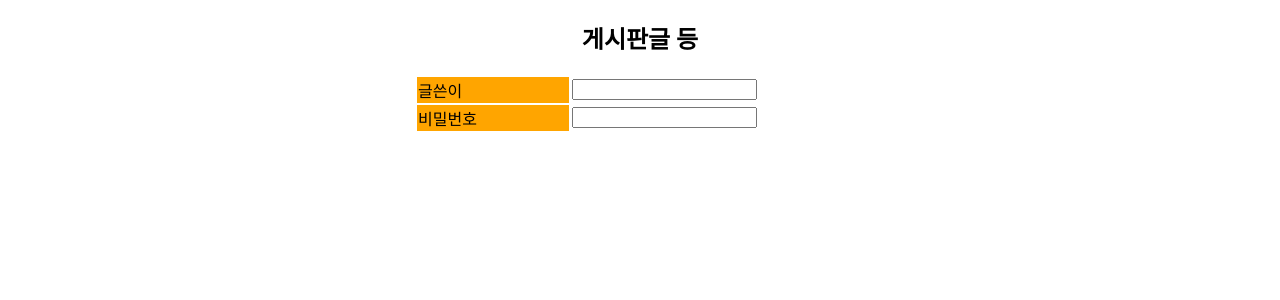
Repository: ReadStar/Jsp_MVC
Page: http://localhost/MVC_Board/board/qna_board_write.jsp
An editor plug-in stored every save of this project. The page is shown before and after the next save, followed by the edit.
The browser window is 1280 px wide. The pictures show the whole page.
The page is served by Tomcat 9. Other server files are loaded and not shown.

Above is the page before, as saved 2020-11-10 01:47:26.

### MVC_Board/WebContent/board/qna_board_write.jsp
<%@ page language="java" contentType="text/html; charset=UTF-8"
    pageEncoding="UTF-8"%>
<!DOCTYPE html>
<html>
<head>
<meta charset="UTF-8">
<title>MVC 게시판</title>
<style type="text/css">
#registForm{
width: 500px;
height: 610px;
border: 1px solid red;
margin: auto;
}

h2{
	text-align: center;
}

table{
	margin: auto;
	width: 450px;
}

.td_left{
	width: 150px;
	background: orange;
}

.td_right{
	width: 300px;
	background: skyblue;
}

#commandCell{
	text-align: center;
}
</style>
</head>
<body>
	<!-- 게시판 등록-->
	<section id="writeForm">
		<h2>게시판글 등</h2>
		<form action="BoardWritePro.bo" method="post"
			enctype="multipart/form=data" name="boardform">
			<table>
				<tr>
					<td class="td_left"><label for="BOARD_NAME">글쓴이</label></td>
					<td class="te_right"><input type="text" name="board_name" id="BOARD_NAME" required="required"/></td>
				</tr>
				<tr>
					<td class="td_left"><label for="BOARD_PASS">비밀번호</label></td>
					<td class=:td_right"><input name="BOARD_PASS" type="password" id="BOARD_PASS" required="required"/></td>
				</tr>
			</table>
			</form>
	</section>
</body>
</html>

After the next save:
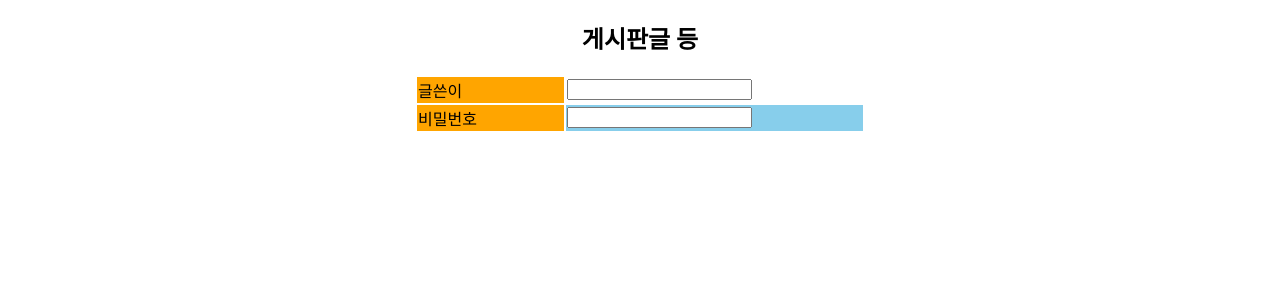
Saved 10 s later.
--- a/MVC_Board/WebContent/board/qna_board_write.jsp
+++ b/MVC_Board/WebContent/board/qna_board_write.jsp
@@ -50,7 +50,7 @@ table{
 				</tr>
 				<tr>
 					<td class="td_left"><label for="BOARD_PASS">비밀번호</label></td>
-					<td class=:td_right"><input name="BOARD_PASS" type="password" id="BOARD_PASS" required="required"/></td>
+					<td class="td_right"><input name="BOARD_PASS" type="password" id="BOARD_PASS" required="required"/></td>
 				</tr>
 			</table>
 			</form>
